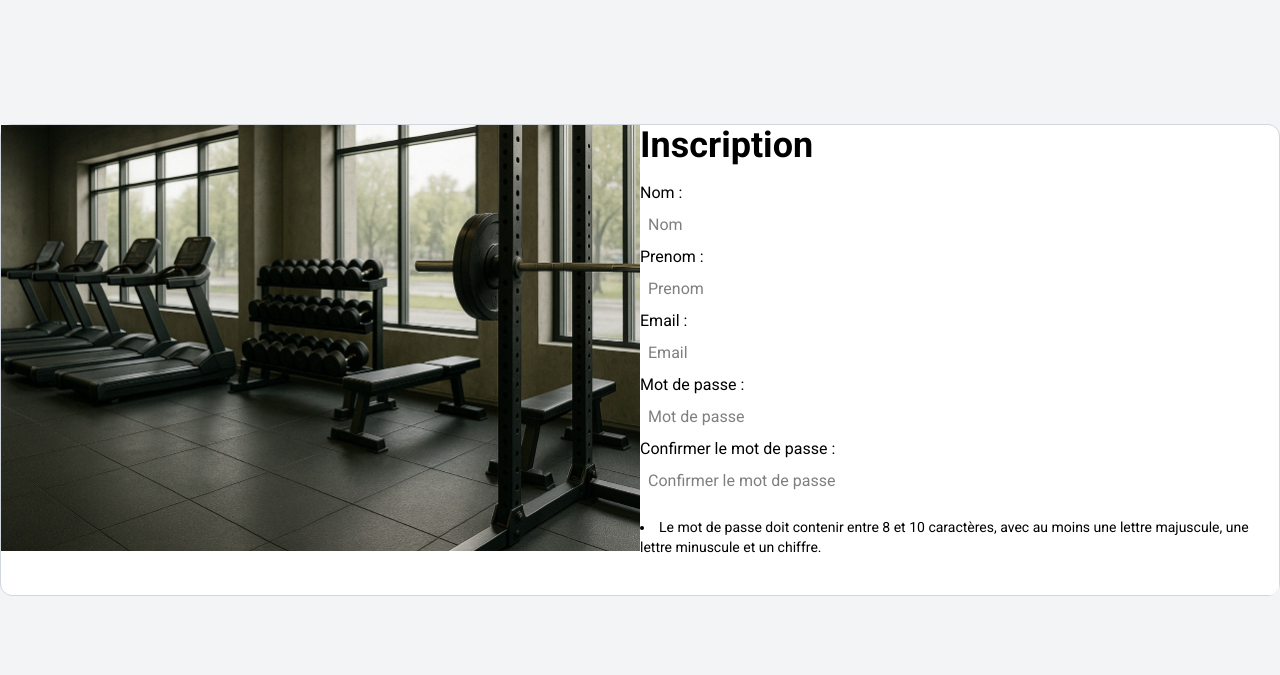
Repository: fahchouchsm/clubSportifWeb
Page: src/pages/inscription.html
An editor plug-in stored every save of this project. The page is shown before and after the next save, followed by the edit.
The browser window is 1280 px wide. The pictures show the whole page.

Above is the page before, as saved 2025-04-17 19:05:07.

### src/pages/inscription.html
<!doctype html>
<html lang="en">
  <head>
    <meta charset="UTF-8" />
    <meta name="viewport" content="width=device-width, initial-scale=1.0" />
    <link href="../css/output.css" rel="stylesheet" />
    <link rel="stylesheet" href="../css/main.css" />
    <link rel="stylesheet" href="../css/style.css" />
    <title>Document</title>
  </head>
  <body>
    <div
      class="flex h-screen w-screen items-center justify-center bg-gray-100 px-24"
    >
      <main
        class="mx-auto flex rounded-xl border border-gray-300 bg-white shadow-lg shadow-gray-400"
      >
        <img
          src="../../public/imgs/salleInterieur.jpeg"
          class="h-full w-1/2 rounded-s-lg object-cover"
          alt=""
        />
        <form
          action="../php/inscription.php"
          method="post"
          class="flex w-1/2 flex-col gap-4 px-8 pt-8"
        >
          <h1 class="text-4xl font-bold">Inscription</h1>
          <!-- inputs -->
          <div class="grid w-full grid-cols-2 gap-4">
            <!-- Nom -->
            <div class="">
              <label for="nom"> Nom : </label>
              <input
                class="input-style"
                type="text"
                name="nom"
                id="nom"
                placeholder="Nom"
                pattern="[a-zA-Z ]{3,30}"
                required
              />
            </div>
            <!-- Prenom -->
            <div class="">
              <label for="prenom">Prenom :</label
              ><input
                type="text"
                class="input-style"
                name="prenom"
                placeholder="Prenom"
                pattern="[a-zA-Z ]{3,30}"
                id="prenom"
                required
              />
            </div>
            <!-- Email -->
            <div class="col-span-2">
              <label for="email">Email :</label
              ><input
                type="email"
                class="input-style"
                name="email"
                placeholder="Email"
                pattern="[a-zA-Z0-9._%+-]+@[a-zA-Z0-9.-]+\.[a-zA-Z]{2,}"
                id="email"
                required
              />
            </div>
            <!-- pass -->
            <div class="">
              <label for="pass">Mot de passe : </label>
              <input
                class="input-style"
                type="password"
                name="motdepasse"
                id="pass"
                placeholder="Mot de passe"
                pattern="^(?=.*[a-z])(?=.*[A-Z])(?=.*\d)[a-zA-Z\d]{8,20}$"
                required
              />
            </div>
            <!-- confPass -->
            <div class="">
              <label for="confPass">Confirmer le mot de passe :</label
              ><input
                type="password"
                class="input-style"
                placeholder="Confirmer le mot de passe"
                pattern="^(?=.*[a-z])(?=.*[A-Z])(?=.*\d)[a-zA-Z\d]{8,20}$"
                id="confPass"
                required
              />
            </div>
          </div>
          <span class="text-sm text-gray-500">
            <li>
              Le mot de passe doit contenir entre 8 et 10 caractères, avec au
              moins une lettre majuscule, une lettre minuscule et un chiffre.
            </li>
          </span>
          <span class="text-sm text-red-500" id="passwordError"
            >Les mots de passe ne correspondent pas.</span
          >
          <button type="submit" class="ml-auto bg-gray-500 text-white">
            S'inscrire
          </button>
        </form>
      </main>
    </div>
    <script>
      document.addEventListener("DOMContentLoaded", () => {
        const form = document.querySelector("form");
        const passInput = document.getElementById("pass");
        const confPassInput = document.getElementById("confPass");
        const errorSpan = document.getElementById("passwordError");

        // hide error by default
        errorSpan.style.display = "none";

        form.addEventListener("submit", (e) => {
          if (passInput.value !== confPassInput.value) {
            e.preventDefault(); // block form submission
            errorSpan.style.display = "inline";
          } else {
            errorSpan.style.display = "none"; // hide if match
          }
        });
      });
    </script>
    <script src="../js/style.js"></script>
  </body>
</html>

### src/css/main.css
@import url("https://fonts.googleapis.com/css2?family=Roboto:wght@400;700&display=swap");

body {
  font-family: "Roboto", sans-serif;
}

### src/css/style.css
/* styles.css */
.input-style {
  @apply block w-full rounded-lg border-2 border-gray-300 p-2 focus:border-blue-500 focus:outline-none;
}

Loaded but not shown: src/js/style.js (39 lines, source omitted); src/css/output.css (1058 lines, source omitted)

After the next save:
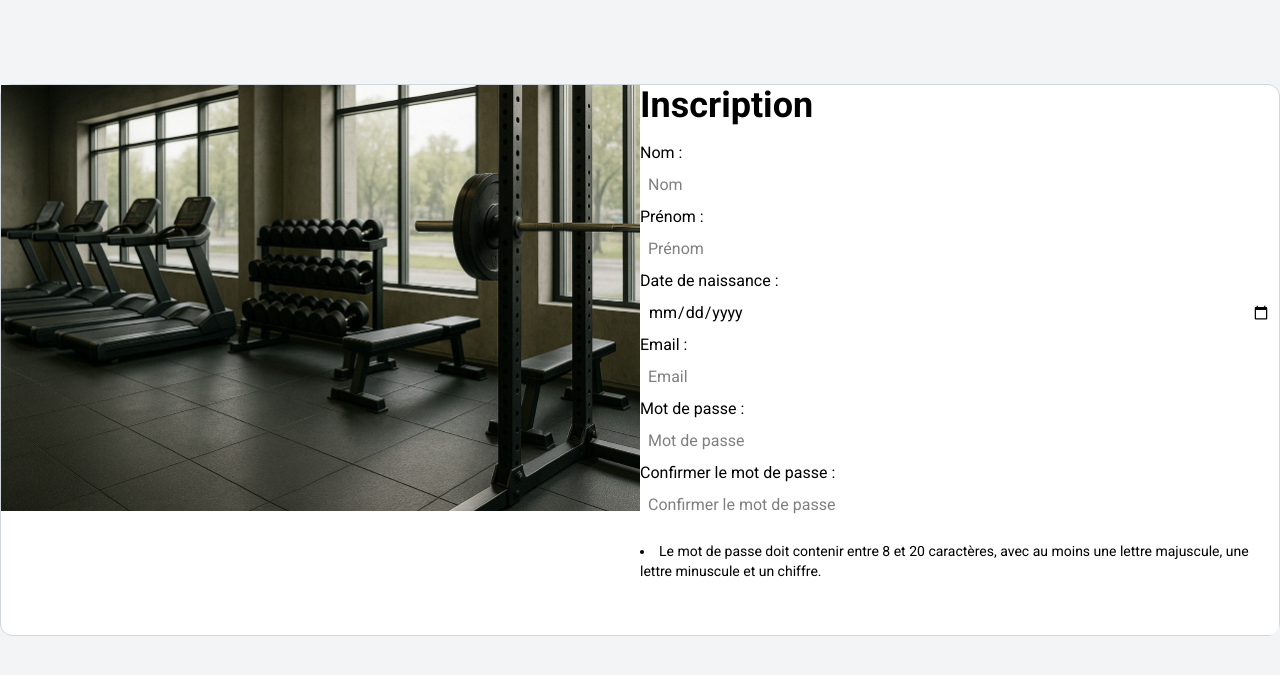
Saved 119 s later.
--- a/src/pages/inscription.html
+++ b/src/pages/inscription.html
@@ -6,7 +6,7 @@
     <link href="../css/output.css" rel="stylesheet" />
     <link rel="stylesheet" href="../css/main.css" />
     <link rel="stylesheet" href="../css/style.css" />
-    <title>Document</title>
+    <title>Inscription</title>
   </head>
   <body>
     <div
@@ -29,8 +29,8 @@
           <!-- inputs -->
           <div class="grid w-full grid-cols-2 gap-4">
             <!-- Nom -->
-            <div class="">
-              <label for="nom"> Nom : </label>
+            <div>
+              <label for="nom">Nom :</label>
               <input
                 class="input-style"
                 type="text"
@@ -42,22 +42,33 @@
               />
             </div>
             <!-- Prenom -->
-            <div class="">
-              <label for="prenom">Prenom :</label
-              ><input
+            <div>
+              <label for="prenom">Prénom :</label>
+              <input
                 type="text"
                 class="input-style"
                 name="prenom"
-                placeholder="Prenom"
+                placeholder="Prénom"
                 pattern="[a-zA-Z ]{3,30}"
                 id="prenom"
                 required
               />
             </div>
+            <!-- Date de naissance -->
+            <div class="col-span-2">
+              <label for="date_naissance">Date de naissance :</label>
+              <input
+                type="date"
+                class="input-style"
+                name="date_naissance"
+                id="date_naissance"
+                required
+              />
+            </div>
             <!-- Email -->
             <div class="col-span-2">
-              <label for="email">Email :</label
-              ><input
+              <label for="email">Email :</label>
+              <input
                 type="email"
                 class="input-style"
                 name="email"
@@ -67,27 +78,27 @@
                 required
               />
             </div>
-            <!-- pass -->
-            <div class="">
-              <label for="pass">Mot de passe : </label>
+            <!-- Mot de passe -->
+            <div>
+              <label for="pass">Mot de passe :</label>
               <input
                 class="input-style"
                 type="password"
                 name="motdepasse"
                 id="pass"
                 placeholder="Mot de passe"
-                pattern="^(?=.*[a-z])(?=.*[A-Z])(?=.*\d)[a-zA-Z\d]{8,20}$"
+                pattern="^(?=.*[a-z])(?=.*[A-Z])(?=.*\d).{8,20}$"
                 required
               />
             </div>
-            <!-- confPass -->
-            <div class="">
-              <label for="confPass">Confirmer le mot de passe :</label
-              ><input
+            <!-- Confirmer Mot de passe -->
+            <div>
+              <label for="confPass">Confirmer le mot de passe :</label>
+              <input
                 type="password"
                 class="input-style"
                 placeholder="Confirmer le mot de passe"
-                pattern="^(?=.*[a-z])(?=.*[A-Z])(?=.*\d)[a-zA-Z\d]{8,20}$"
+                pattern="^(?=.*[a-z])(?=.*[A-Z])(?=.*\d).{8,20}$"
                 id="confPass"
                 required
               />
@@ -95,14 +106,17 @@
           </div>
           <span class="text-sm text-gray-500">
             <li>
-              Le mot de passe doit contenir entre 8 et 10 caractères, avec au
+              Le mot de passe doit contenir entre 8 et 20 caractères, avec au
               moins une lettre majuscule, une lettre minuscule et un chiffre.
             </li>
           </span>
           <span class="text-sm text-red-500" id="passwordError"
             >Les mots de passe ne correspondent pas.</span
           >
-          <button type="submit" class="ml-auto bg-gray-500 text-white">
+          <button
+            type="submit"
+            class="ml-auto rounded bg-gray-500 px-4 py-2 text-white"
+          >
             S'inscrire
           </button>
         </form>
@@ -115,15 +129,14 @@
         const confPassInput = document.getElementById("confPass");
         const errorSpan = document.getElementById("passwordError");
 
-        // hide error by default
         errorSpan.style.display = "none";
 
         form.addEventListener("submit", (e) => {
           if (passInput.value !== confPassInput.value) {
-            e.preventDefault(); // block form submission
+            e.preventDefault();
             errorSpan.style.display = "inline";
           } else {
-            errorSpan.style.display = "none"; // hide if match
+            errorSpan.style.display = "none";
           }
         });
       });
